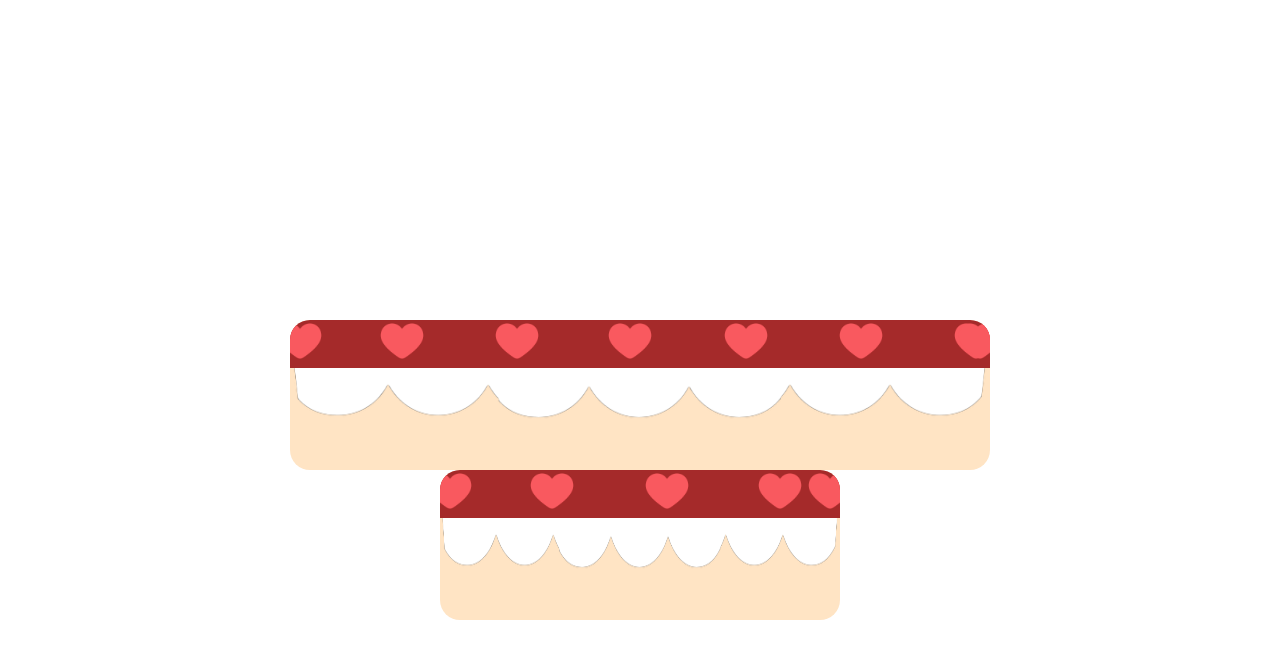
Repository: iphoneboy46/happybirthday
Page: index.html
The author's editor kept a copy of each file at every save. The page is drawn from the files as they stood at one save, then again after the next save.
The browser window is 1280 px wide. The pictures show the whole page.

Above is the page before, as saved 2022-11-28 14:42:15.

### index.html
<!DOCTYPE html>
<html lang="en">
  <head>
    <meta charset="UTF-8" />
    <meta http-equiv="X-UA-Compatible" content="IE=edge" />
    <meta name="viewport" content="width=device-width, initial-scale=1.0" />
    <title>Happy Birthday</title>
    <link rel="stylesheet" href="style.css" />
  </head>
  <body>
    <div class="container">
      <div class="cake">
        <div class="center--cake">
            <div class="img-wavy">
              <img src="image/img1.png" alt="" />
            </div>

            <div class="img-heart-1">
              <img src="image/heart.png" alt="" />
            </div>
            <div class="img-heart-2">
              <img src="image/heart.png" alt="" />
            </div>
            <div class="img-heart-3">
              <img src="image/heart.png" alt="" />
            </div>
            <div class="img-heart-4">
              <img src="image/heart.png" alt="" />
            </div>
            <div class="img-heart-5">
              <img src="image/heart.png" alt="" />
            </div>
            <div class="img-heart-6">
              <img src="image/heart.png" alt="" />
            </div>
            <div class="img-heart-7">
              <img src="image/heart.png" alt="" />
            </div>
            <div class="img-heart-8">
              <img src="image/heart.png" alt="" />
            </div>

            <div class="border-cake"></div>
          </div>
        <div class="bottom--cake">
          <div class="img-wavy">
            <img src="image/img1.png" alt="" />
          </div>

          <div class="img-heart-1">
            <img src="image/heart.png" alt="" />
          </div>
          <div class="img-heart-2">
            <img src="image/heart.png" alt="" />
          </div>
          <div class="img-heart-3">
            <img src="image/heart.png" alt="" />
          </div>
          <div class="img-heart-4">
            <img src="image/heart.png" alt="" />
          </div>
          <div class="img-heart-5">
            <img src="image/heart.png" alt="" />
          </div>
          <div class="img-heart-6">
            <img src="image/heart.png" alt="" />
          </div>
          <div class="img-heart-7">
            <img src="image/heart.png" alt="" />
          </div>
          <div class="img-heart-8">
            <img src="image/heart.png" alt="" />
          </div>

          <div class="border-cake"></div>
        </div>

      </div>
    </div>
  </body>
</html>

### style.css
*{
    padding: 0;
    margin: 0;
    box-sizing: border-box;
}

.container{
   height: 100vh;
   display: flex;
   justify-content: center;
   align-items: flex-end;
}

.cake{
    display: flex;
    flex-direction: column;
    justify-content:center;
    align-items:center
}

.bottom--cake{
    position: relative;
    overflow: hidden;
    width: 400px;
    height:150px;
    background-color: bisque;
    border-radius:20px;
    margin-bottom: 100px;
}



.img-wavy{
    width: 100%;
    height: 100px;
}

.img-wavy img{
    width: 100%;
    height: 100%;
}

.img-heart-1{
    z-index: 3;
    position: absolute;
    top: -4px;
    left: -15px;
    width:50px;
    height:50px;
}


.img-heart-1 img{
    width: 100%;
    height: 100%;
}

.img-heart-2{
    z-index: 3;
    position: absolute;
    top: -4px;
    left: 87px;
    width:50px;
    height:50px;
}


.img-heart-2 img{
    width: 100%;
    height: 100%;
}


.img-heart-3{
    z-index: 3;
    position: absolute;
    top: -4px;
    left: 202px;
    width:50px;
    height:50px;
}


.img-heart-3 img{
    width: 100%;
    height: 100%;
}

.img-heart-4{
    z-index: 3;
    position: absolute;
    top: -4px;
    left: 315px;
    width:50px;
    height:50px;
}


.img-heart-4 img{
    width: 100%;
    height: 100%;
}

.img-heart-5{
    z-index: 3;
    position: absolute;
    top: -4px;
    left: 431px;
    width:50px;
    height:50px;
}


.img-heart-5 img{
    width: 100%;
    height: 100%;
}

.img-heart-6{
    z-index: 3;
    position: absolute;
    top: -4px;
    left: 546px;
    width:50px;
    height:50px;
}


.img-heart-6 img{
    width: 100%;
    height: 100%;
}

.img-heart-7{
    z-index: 3;
    position: absolute;
    top: -4px;
    left: 661px;
    width:50px;
    height:50px;
}


.img-heart-7 img{
    width: 100%;
    height: 100%;
}

.img-heart-8{
    z-index: 3;
    position: absolute;
    top: -4px;
    right: -15px;
    width:50px;
    height:50px;
}


.img-heart-8 img{
    width: 100%;
    height: 100%;
}



.border-cake{
    z-index: 2;
    position: absolute;
    top: 0;
    width: 100%;
    height: 48px;
    background-color: brown;
}

.center--cake{

    position: relative;
    overflow: hidden;
    width: 700px;
    height:150px;
    background-color: bisque;
    border-radius:20px;
}

After the next save:
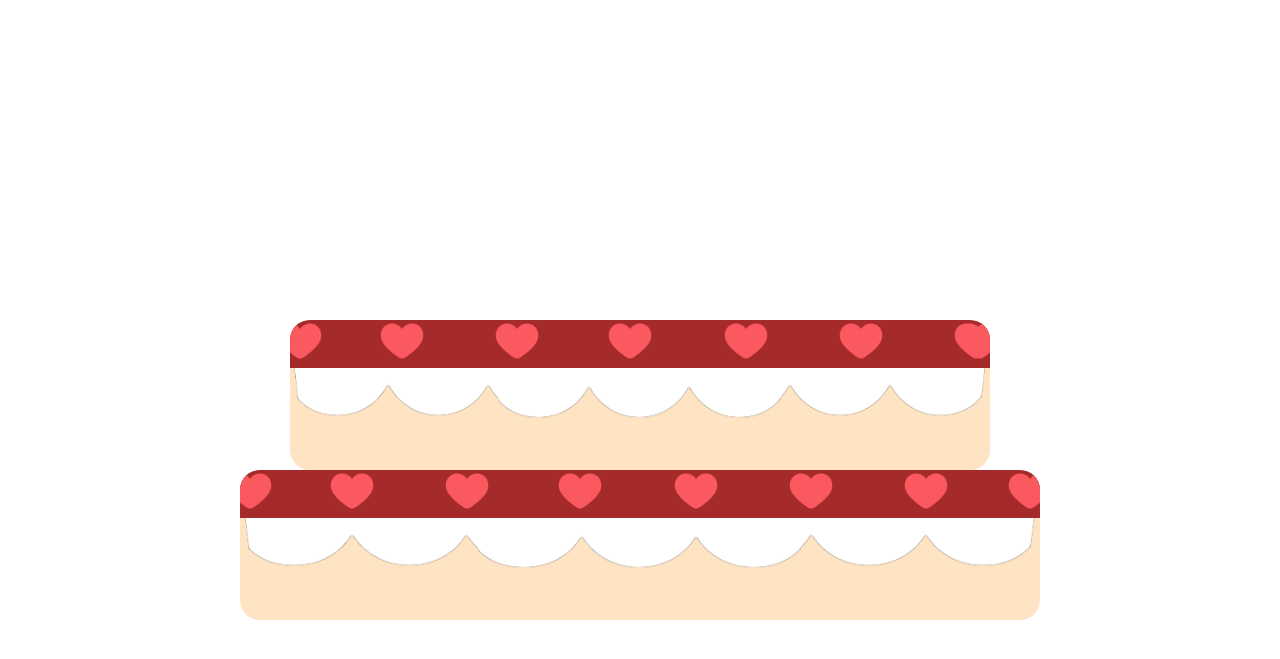
Saved 5 s later.
--- a/style.css
+++ b/style.css
@@ -21,7 +21,7 @@
 .bottom--cake{
     position: relative;
     overflow: hidden;
-    width: 400px;
+    width: 800px;
     height:150px;
     background-color: bisque;
     border-radius:20px;
